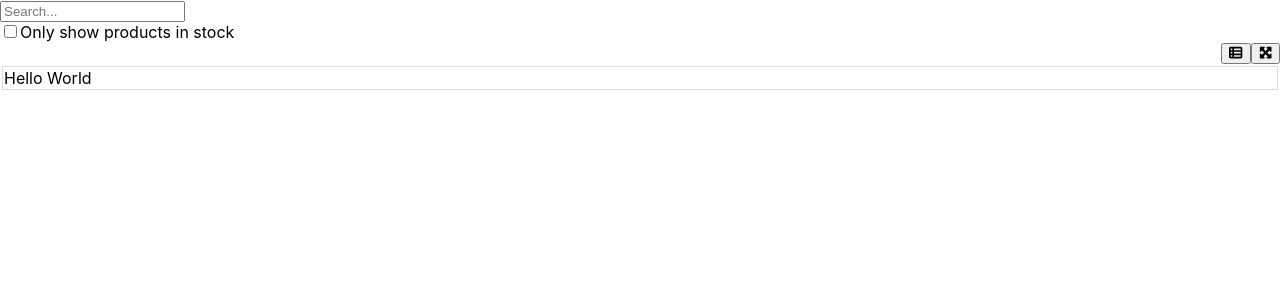
Repository: mariocapitbrok/reactjs-learn
Page: / (app in 05_filtered-data-table/)
These files come from the project's save history. The page is drawn as it stood at one moment and after the next save; the edit follows.
The browser window is 1280 px wide. The pictures show the whole page.
The project was rebuilt for these pictures with package versions that can differ from the ones it lists, and the page was loaded fresh each time. Also part of the build but not shown: 05_filtered-data-table/src/components/Table/Caption.jsx, 05_filtered-data-table/src/components/Table/THead.jsx, 05_filtered-data-table/src/components/Table/TBody.jsx, 05_filtered-data-table/src/components/Table/TFoot.jsx, 05_filtered-data-table/src/components/Table/Tr.jsx, 05_filtered-data-table/src/components/Table/Th.jsx, 05_filtered-data-table/src/components/Table/Td.jsx.

Above is the page before, as saved 2023-02-28 11:10:15.

### 05_filtered-data-table/src/App.js
import SearchInput from './components/SearchInput'
import ToogleOption from './components/ToogleOption'
import Table from './components/Table'
import tableData from './data/tableData'
import './App.css'

function App() {
  return (
    <div className="App">
      <SearchInput />
      <ToogleOption />
      <Table id="my-table" data={tableData} />
    </div>
  )
}

export default App

### 05_filtered-data-table/src/components/SearchInput.jsx
function SearchInput() {
  return (
    <div>
      <input type="text" placeholder="Search..." />
    </div>
  )
}

export default SearchInput

### 05_filtered-data-table/src/components/ToogleOption.jsx
function ToogleOption() {
  return (
    <div>
      <label>
        <input type="checkbox" />
        {`Only show products in stock`}
      </label>
    </div>
  )
}

export default ToogleOption

### 05_filtered-data-table/src/components/Table.jsx
import TopMenu from './Table/TopMenu'
import '../App.css'

function Table({ id, classes, data }) {
  let className = classes ? classes : 'capitbrok'
  return (
    <>
      <TopMenu />
      <table id={id} className={className}>
        {data}
      </table>
    </>
  )
}

export default Table

### 05_filtered-data-table/src/data/tableData.js
import Caption from '../components/Table/Caption'
import THead from '../components/Table/THead'
import TBody from '../components/Table/TBody'
import TFoot from '../components/Table/TFoot'
import Tr from '../components/Table/Tr'
import Th from '../components/Table/Th'
import Td from '../components/Table/Td'

const products = require('./products')
const groupData = require('../components/Table/helpers/groupData')

const createUniqueKey = require('../components/Table/helpers/createUniqueKey')

const headers = {
  name: null,
  price: null,
}

let rows = []
const categories = groupData(products, 'category').map(i => ({
  category: `${i.itemsCount} ${i.category}`,
  itemsCount: ``,
  items: i.items,
}))
categories.forEach(c => {
  const { items, ...rest } = c
  rows.push({ ...rest })
  rows.push(...items.map(i => ({ name: i.name, price: i.price })))
})

const tableData = [
  <tbody key="1">
    <tr key="1">
      <td>Hello World</td>
    </tr>
  </tbody>,
]

export default tableData

function createTr(data) {
  return data.map(row => {
    const cells = createTd(row)
    return <tr key={row.id || createUniqueKey()}>{cells}</tr>
  })
}

function createTd(row) {
  return Object.entries(row).map(([key, value]) => {
    if (!Array.isArray(value)) {
      return (
        <td
          key={row.id ? `${row.id}-${key}` : createUniqueKey()}
          className={key}
        >
          {value}
        </td>
      )
    } else {
      return null
    }
  })
}

### 05_filtered-data-table/src/App.css

/* Table*/
#my-table {
  width: 100%;
}

#my-table th {
  text-align: left;
}

#my-table th, #my-table td {
  border: 1px solid #ddd;
}

td.price {
  text-align: right;
}

th {
  text-transform: capitalize;
}

th.description {
  min-width: 300px;
}

.image {
  max-width: 300px;
  overflow-wrap: break-word;
}

/* Table header menu */
.top-menu {
  float: right;
}

### 05_filtered-data-table/src/components/Table/TopMenu.jsx
import { FontAwesomeIcon } from '@fortawesome/react-fontawesome'
import { faMaximize, faTableList } from '@fortawesome/free-solid-svg-icons'
import '../../App.css'

function TopMenu() {
  return (
    <div className="top-menu">
      <button className="densityBtn">
        <FontAwesomeIcon icon={faTableList} />
      </button>
      <button className="fullScreenBtn">
        <FontAwesomeIcon icon={faMaximize} />
      </button>
    </div>
  )
}

export default TopMenu

### 05_filtered-data-table/src/data/products.js
const PRODUCTS = [
  { category: 'Fruits', price: '$1', stocked: true, name: 'Apple' },
  { category: 'Fruits', price: '$1', stocked: true, name: 'Dragonfruit' },
  { category: 'Fruits', price: '$2', stocked: false, name: 'Passionfruit' },
  { category: 'Vegetables', price: '$2', stocked: true, name: 'Spinach' },
  { category: 'Vegetables', price: '$4', stocked: false, name: 'Pumpkin' },
  { category: 'Vegetables', price: '$1', stocked: true, name: 'Peas' },
]

module.exports = PRODUCTS

### 05_filtered-data-table/src/components/Table/helpers/groupData.js
function groupData(data, categoryFieldName) {
  const categories = []

  data.forEach(item => {
    const categoryValue = item[categoryFieldName]

    if (!Array.isArray(categoryValue)) {
      const index = categories.findIndex(
        category => category.category === categoryValue
      )

      if (index === -1) {
        categories.push({
          category: categoryValue,
          items: [item],
          itemsCount: 1,
        })
      } else {
        categories[index].items.push(item)
        categories[index].itemsCount += 1
      }
    } else {
      categoryValue.forEach(value => {
        const index = categories.findIndex(
          category => category.category === value
        )

        if (index === -1) {
          categories.push({
            category: value,
            items: [item],
            itemsCount: 1,
          })
        } else {
          categories[index].items.push(item)
          categories[index].itemsCount += 1
        }
      })
    }
  })

  const categoriesB = categories.map(category => ({
    ...category,
    items: category.items.map(item => {
      const { [categoryFieldName]: ignored, ...rest } = item
      return rest
    }),
  }))

  return categoriesB
}

module.exports = groupData

### 05_filtered-data-table/src/components/Table/helpers/createUniqueKey.js
function createUniqueKey() {
  const randomStr = Math.random().toString(36).slice(2, 11)
  return `${randomStr}`
}

module.exports = createUniqueKey

Loaded but not shown: 05_filtered-data-table/public/index.html (common file); 05_filtered-data-table/src/index.js (common file); 05_filtered-data-table/src/index.css (common file); 05_filtered-data-table/src/reportWebVitals.js (common file)

After the next save:
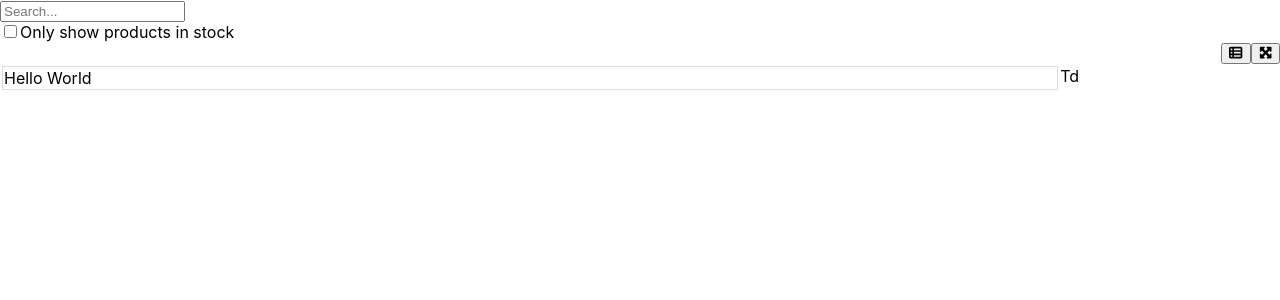
Saved 43 s later.
--- a/05_filtered-data-table/src/data/tableData.js
+++ b/05_filtered-data-table/src/data/tableData.js
@@ -32,6 +32,7 @@ const tableData = [
   <tbody key="1">
     <tr key="1">
       <td>Hello World</td>
+      Td
     </tr>
   </tbody>,
 ]
